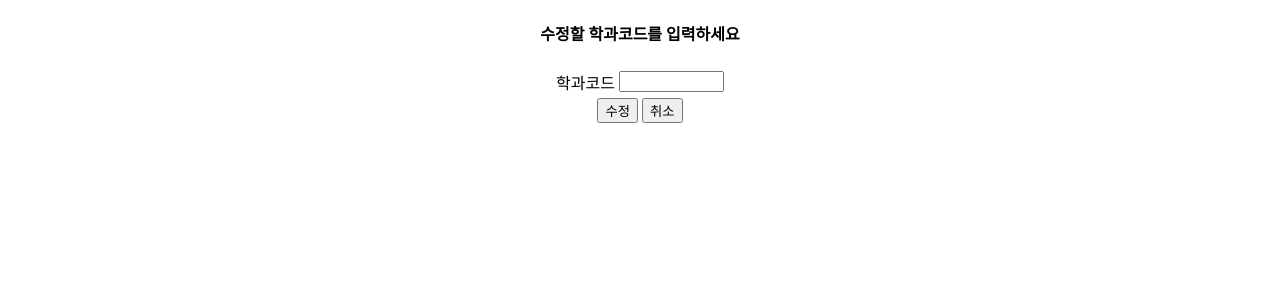
Repository: psyoongsc/LauguageStudy
Page: http://localhost/jspStudy/ex07/ex07-03.jsp
The author's editor kept a copy of each file at every save. The page is drawn from the files as they stood at one save, then again after the next save.
The browser window is 1280 px wide. The pictures show the whole page.
The page is served by Tomcat 9. Other server files are loaded and not shown.

Above is the page before, as saved 2018-07-13 12:00:03.

### JSP/jspStudy/WebContent/ex07/ex07-03.jsp
<%@ page language="java" contentType="text/html; charset=UTF-8"
    pageEncoding="UTF-8"%>
<!DOCTYPE html>
<html>
<head>
<meta charset="UTF-8">
<title>수정 폼[1]</title>
<script language="JavaScript">
	function In_Check() {
		if(document.idform.dept_id.value == "") {
			alert("학과코드를 입력하세요!!!")
			return;
		}
		document.idform.sumit();
	}
</script>
</head>
<body>
	<center>
		<h4>수정할 학과코드를 입력하세요</h4>

		<form method="post" action="ex07-03-1.jsp" name="idform">
		<table>
			<tr>
				<td>학과코드</td>
				<td><input type="text" name="dept_id" size="10"></td></tr>
			<tr align="center">
				<td colspan="2">
				<input type="button" name="modify" value="수정" OnClick="In_Check()">
				<input type="reset" value="취소"></td></tr>
		</table>
		</form>
	</center>
</body>
</html>

After the next save:
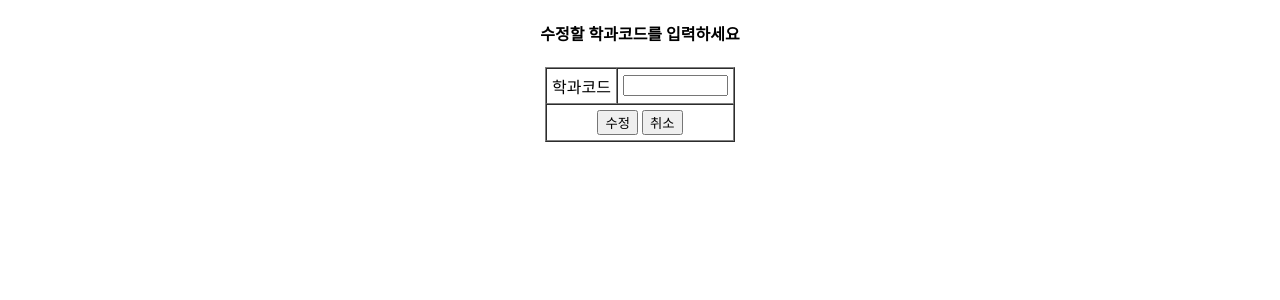
Saved 90 s later.
--- a/JSP/jspStudy/WebContent/ex07/ex07-03.jsp
+++ b/JSP/jspStudy/WebContent/ex07/ex07-03.jsp
@@ -20,7 +20,7 @@
 		<h4>수정할 학과코드를 입력하세요</h4>
 
 		<form method="post" action="ex07-03-1.jsp" name="idform">
-		<table>
+		<table border="1" cellspacing="0" cellpadding="5">
 			<tr>
 				<td>학과코드</td>
 				<td><input type="text" name="dept_id" size="10"></td></tr>
